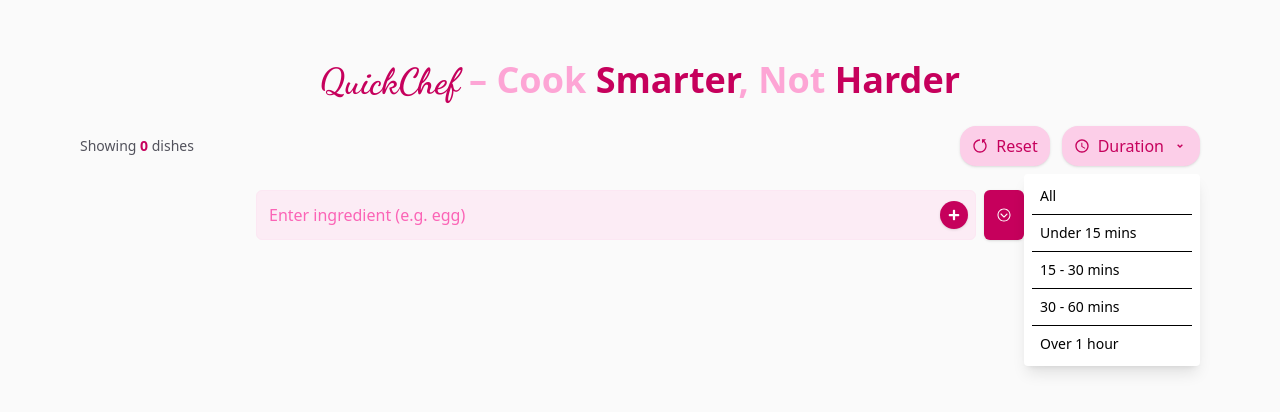
Repository: Priya-creates/QuickChef
Page: /, after clicking the first element matching `div.relative > button`
These files come from the project's save history. The page is drawn as it stood at one moment and after a run of saves; the edit follows.
The browser window is 1280 px wide. The pictures show the whole page.
Some web fonts or font styles are not loaded; a fallback is used. The project was rebuilt for these pictures with package versions that can differ from the ones it lists, and the page was loaded fresh each time. Also part of the build but not shown: vite.config.js, src/components/DishCard.jsx.

Above is the page before, as saved 2025-10-28 17:52:37.

### index.html
<!doctype html>
<html lang="en">
  <head>
    <meta charset="UTF-8" />
    <link rel="icon" type="image/svg+xml" href="/logo_1.png" />
    <meta name="viewport" content="width=device-width, initial-scale=1.0" />
    <title>QuickChef — Ingredient-Based Recipe Finder</title>
  </head>
  <body>
    <div id="root"></div>
    <script type="module" src="/src/main.jsx"></script>
  </body>
</html>

### src/index.css
@import url('https://fonts.googleapis.com/css2?family=Dancing+Script:wght@400..700&family=Great+Vibes&family=Inter:ital,opsz,wght@0,14..32,100..900;1,14..32,100..900&family=Josefin+Sans:ital,wght@0,100..700;1,100..700&family=Merriweather+Sans:ital,wght@0,300..800;1,300..800&family=Merriweather:ital,opsz,wght@0,18..144,300..900;1,18..144,300..900&family=Outfit:wght@100..900&family=Permanent+Marker&family=Playfair+Display:ital,wght@0,400..900;1,400..900&family=Poppins:ital,wght@0,100;0,200;0,300;0,400;0,500;0,600;0,700;0,800;0,900;1,100;1,200;1,300;1,400;1,500;1,600;1,700;1,800;1,900&family=Prata&family=Raleway:ital,wght@0,100..900;1,100..900&display=swap');
@import "tailwindcss";

.text-outline{

   font-family: "Dancing Script", cursive;
}

### src/App.jsx
import React from "react";
import axios from "axios";
import { IoIosArrowDropdown } from "react-icons/io";
import DishCard from "./components/DishCard";
import Title from "./components/Title";
import { FaPlus, FaExclamationTriangle } from "react-icons/fa";
import { duration } from "./assets/duration";
import { RiResetLeftFill } from "react-icons/ri";
import { MdAccessTime } from "react-icons/md";
import { RiArrowDropDownLine } from "react-icons/ri";

const App = () => {
  const [ingredient, setIngredient] = React.useState("");
  const [ingredientResults, setIngredientResults] = React.useState({});
  const [lockedNoMatch, setLockedNoMatch] = React.useState(false);
  const [dishes, setDishes] = React.useState([]);
  const [ingredientList, setIngredientList] = React.useState([]);
  const [showDropdown, setShowDropdown] = React.useState(false);
  const [showChooseTime, setShowChooseTime] = React.useState(false);
  const [dishesWithTime, setDishesWithTime] = React.useState([]);
  const [ingreListWithNoDishes, setIngreListWithNoDishes] = React.useState([]);
  const [message, setMessage] = React.useState("");
  const [loading, setLoading] = React.useState(false);

  const [time, setTime] = React.useState({
    under_15: false,
    under_30: false,
    under_60: false,
    over_60: false,
  });

  const [category, setCategory] = React.useState({
    under_15: [],
    under_30: [],
    under_60: [],
    over_60: [],
  });

  // Categorize meals by duration
  React.useEffect(() => {
    const newCategories = {
      under_15: [],
      under_30: [],
      under_60: [],
      over_60: [],
    };
    for (const id in duration) {
      const mins = duration[id];
      if (mins <= 15) newCategories.under_15.push(String(id));
      else if (mins <= 30) newCategories.under_30.push(String(id));
      else if (mins <= 60) newCategories.under_60.push(String(id));
      else newCategories.over_60.push(String(id));
    }
    setCategory(newCategories);
  }, []);

  // Fetch dishes by ingredient
  async function handleAdd(e) {
    e.preventDefault();
    setMessage("");

    const key = ingredient.trim().toLowerCase();
    if (!key) {
      setMessage("Enter an ingredient first");
      return;
    }

    // prevent duplicate API calls
    if (ingredientList.includes(key)) {
      setMessage(`"${key}" is already added`);
      return;
    }

    setIngredientList((prev) => [...prev, key]);

    const url = `https://www.themealdb.com/api/json/v1/1/filter.php?i=${encodeURIComponent(
      key
    )}`;
    setLoading(true);

    try {
      const res = await axios.get(url);
      const tempArr = res.data.meals || null;

      setIngredientResults((prev) => ({
        ...prev,
        [key]: tempArr,
      }));
      setIngredient("");
    } catch (err) {
      console.error(err);
      setMessage("Something went wrong while fetching. Try again.");
    } finally {
      setLoading(false);
    }
  }

  // Recompute dishes whenever ingredientResults changes
  React.useEffect(() => {
    const noDishKeys = Object.keys(ingredientResults).filter(
      (k) => !ingredientResults[k]?.length
    );
    setIngreListWithNoDishes(noDishKeys);
    setLockedNoMatch(noDishKeys.length > 0);

    const nonNullResults = Object.values(ingredientResults).filter(
      (arr) => Array.isArray(arr) && arr.length > 0
    );
    if (!nonNullResults.length) {
      setDishes([]);
      setDishesWithTime([]);
      return;
    }

    let base = [...nonNullResults[0]];
    nonNullResults.slice(1).forEach((current) => {
      base = base.filter((item) =>
        current.some((c) => String(c.idMeal) === String(item.idMeal))
      );
    });

    setDishes(base);

    const activeTime = Object.keys(time).find((k) => time[k]);
    if (activeTime) {
      const catList = category[activeTime] || [];
      setDishesWithTime(
        base.filter((item) => catList.includes(String(item.idMeal)))
      );
    } else {
      setDishesWithTime([]);
    }
  }, [ingredientResults]);

  function handleReset() {
    setDishes([]);
    setIngredientList([]);
    setIngredient("");
    setDishesWithTime([]);
    setTime({
      under_15: false,
      under_30: false,
      under_60: false,
      over_60: false,
    });
    setMessage("");
    setIngredientResults({});
    setIngreListWithNoDishes([]);
    setLockedNoMatch(false);
  }

  function handleAll() {
    setShowChooseTime(false);
    setDishesWithTime([]);
    setTime({
      under_15: false,
      under_30: false,
      under_60: false,
      over_60: false,
    });
  }

  function handleTimeSelected(e) {
    const selected = e.currentTarget.dataset.name;
    setTime({
      under_15: false,
      under_30: false,
      under_60: false,
      over_60: false,
      [selected]: true,
    });

    const catList = category[selected] || [];
    setDishesWithTime(
      dishes.filter((item) => catList.includes(String(item.idMeal)))
    );
    setShowChooseTime(false);
  }

  const getTimeForDish = (id) => duration[String(id)] ?? 30;

  return (
    <div className="min-h-screen bg-zinc-50">
      <div className="max-w-6xl mx-auto px-4 py-8">
        <div className="mb-6">
          <Title />
        </div>

        {/* Top info */}
        <div className="flex items-center justify-between gap-4 flex-col sm:flex-row">
          <div className="text-sm text-zinc-600">
            Showing{" "}
            <span className="font-semibold text-pink-700">
              {dishesWithTime.length > 0 ? dishesWithTime.length : dishes.length}
            </span>{" "}
            dishes
          </div>

          <div className="flex gap-3 items-center">
            <button
              onClick={handleReset}
              className="flex gap-2 items-center bg-pink-200 text-pink-700 px-3 py-2 rounded-2xl shadow hover:scale-102 transition-transform"
            >
              <RiResetLeftFill />
              Reset
            </button>

            <div className="relative">
              <button
                onClick={() => setShowChooseTime((s) => !s)}
                className="flex gap-2 items-center bg-pink-200 text-pink-700 px-3 py-2 rounded-2xl shadow hover:scale-102 transition-transform"
              >
                <MdAccessTime />
                Duration
                <RiArrowDropDownLine />
              </button>

              {showChooseTime && (
                <div className="mt-2 w-44 right-0 absolute bg-white rounded shadow-lg p-2 text-sm z-40 ">
                  <button
                    onClick={handleAll}
                    className="w-full text-left px-2 py-1 rounded hover:bg-pink-50"
                  >
                    All
                  </button>
                  <hr className="my-1" />
                  <button
                    data-name="under_15"
                    onClick={handleTimeSelected}
                    className="w-full text-left px-2 py-1 rounded hover:bg-pink-50"
                  >
                    Under 15 mins
                  </button>
                  <hr className="my-1" />
                  <button
                    data-name="under_30"
                    onClick={handleTimeSelected}
                    className="w-full text-left px-2 py-1 rounded hover:bg-pink-50"
                  >
                    15 - 30 mins
                  </button>
                  <hr className="my-1" />
                  <button
                    data-name="under_60"
                    onClick={handleTimeSelected}
                    className="w-full text-left px-2 py-1 rounded hover:bg-pink-50"
                  >
                    30 - 60 mins
                  </button>
                  <hr className="my-1" />
                  <button
                    data-name="over_60"
                    onClick={handleTimeSelected}
                    className="w-full text-left px-2 py-1 rounded hover:bg-pink-50"
                  >
                    Over 1 hour
                  </button>
                </div>
              )}
            </div>
          </div>
        </div>

        {/* Search area */}
        <div className="mt-6">
          <form
            className="flex flex-row sm:flex-row items-stretch gap-2 max-w-3xl mx-auto"
            onSubmit={handleAdd}
          >
            <div className="relative flex-1">
              <input
                className="w-full p-3 rounded-l-md rounded-r-md bg-pink-100/75 border border-pink-100 outline-none text-pink-800 placeholder-pink-400"
                type="text"
                name="ingredient"
                placeholder="Enter ingredient (e.g. egg)"
                value={ingredient}
                onChange={(e) => {
                  setIngredient(e.target.value);
                  setMessage("");
                }}
              />
              <button
                type="submit"
                aria-label="Add ingredient"
                className="absolute right-2 top-1/2 -translate-y-1/2 bg-pink-700 text-white p-2 rounded-full shadow hover:scale-105 transition-transform"
              >
                <FaPlus size={12} />
              </button>
            </div>

            <div className="flex gap-2">
              <button
                type="button"
                onClick={() => setShowDropdown((s) => !s)}
                className="px-3 py-2 bg-pink-700 text-white rounded-md shadow"
              >
                <IoIosArrowDropdown />
              </button>
            </div>
          </form>

          <div className="max-w-3xl mx-auto mt-2">
            {loading && (
              <div className="text-sm text-pink-700 font-medium">Loading...</div>
            )}
            {message && !loading && (
              <div className="text-sm text-red-600 mt-1">{message}</div>
            )}
          </div>

          {/* Ingredient list */}
          {ingredientList.length > 0 && (
            <div className="max-w-3xl mx-auto mt-3 flex flex-wrap gap-2">
              {ingredientList.map((it) => (
                <div
                  key={it}
                  className={`flex items-center gap-1 px-3 py-1 rounded-full text-sm shadow-sm ${
                    ingreListWithNoDishes.includes(it)
                      ? "bg-yellow-300 text-yellow-900"
                      : "bg-pink-100 text-pink-700"
                  }`}
                  title={
                    ingreListWithNoDishes.includes(it)
                      ? "No dishes found for this ingredient"
                      : ""
                  }
                >
                  {it}
                  {ingreListWithNoDishes.includes(it) && (
                    <FaExclamationTriangle size={12} />
                  )}
                </div>
              ))}
            </div>
          )}

          {/* Warning message */}
          {lockedNoMatch && ingreListWithNoDishes.length > 0 && (
            <div className="text-yellow-900 mt-2 text-sm flex items-center gap-1">
              <FaExclamationTriangle />
              No dishes found for:{" "}
              <span className="font-semibold">
                {ingreListWithNoDishes.at(-1)}
              </span>
            </div>
          )}

          {/* Dropdown */}
          {showDropdown && ingredientList.length > 0 && (
            <div className="max-w-3xl mx-auto mt-3 bg-white border rounded shadow p-1">
              {ingredientList.map((item) => (
                <div
                  key={item}
                  className="px-2 py-1 text-pink-700 border-b last:border-b-0"
                >
                  {item}
                </div>
              ))}
            </div>
          )}
        </div>

        {/* No dishes matched */}
        {!loading && dishes.length === 0 && ingredientList.length > 0 && (
          <div className="text-center text-gray-500 mt-8">
            No dishes matched your ingredient filters.
          </div>
        )}

        {/* Dish grid */}
        <div className="mt-8">
          <div className="grid grid-cols-1 sm:grid-cols-2 md:grid-cols-3 lg:grid-cols-4 gap-6 sm:gap-6 md:gap-8 place-items-center">
            {(Object.values(time).some((t) => t) ? dishesWithTime : dishes).map(
              (item) => (
                <div key={item.idMeal} className="w-full flex justify-center">
                  <DishCard
                    img={item.strMealThumb}
                    name={item.strMeal}
                    time={getTimeForDish(item.idMeal)}
                  />
                </div>
              )
            )}
          </div>
        </div>

        {Object.values(time).some((t) => t) && dishesWithTime.length === 0 && (
          <div className="text-center text-gray-500 mt-8">
            No dishes found for selected time filter.
          </div>
        )}
      </div>
    </div>
  );
};

export default App;

### src/components/Title.jsx
import React from "react";

const Title = () => {
  return (
    <div className="text-center text-4xl mt-7 font-bold text-pink-300 ">
      <span className="text-outline font-bold text-pink-700">QuickChef</span> – Cook <span className="text-pink-700">Smarter</span>, Not <span className="text-pink-700">Harder</span>
    </div>
  );
};

export default Title;

### src/assets/duration.js
export const duration = {
  "52885": 25,
  "53049": 20,
  "52893": 60,
  "52768": 60,
  "52807": 40,
  "52959": 35,
  "52767": 60,
  "52855": 15,
  "52848": 60,
  "52997": 40,
  "53078": 50,
  "53069": 35,
  "53080": 25,
  "52914": 70,
  "52792": 50,
  "53076": 10,
  "52965": 25,
  "52913": 25,
  "52842": 40,
  "52961": 50,
  "53060": 80,
  "52939": 60,
  "52923": 45,
  "52976": 40,
  "52956": 90,
  "52850": 45,
  "52831": 35,
  "52920": 50,
  "52910": 60,
  "53063": 40,
  "52853": 20,
  "52966": 25,
  "52776": 60,
  "52860": 45,
  "52788": 45,
  "52989": 30,
  "53037": 90,
  "52998": 90,
  "53072": 30,
  "52999": 30,
  "53058": 60,
  "52907": 240,
  "52955": 15,
  "53073": 45,
  "52895": 30,
  "52791": 20,
  "52919": 60,
  "53030": 120,
  "53064": 20,
  "52835": 20,
  "53079": 50,
  "52815": 45,
  "52915": 10,
  "52903": 50,
  "53061": 20,
  "52957": 40,
  "53025": 60,
  "52896": 35,
  "52764": 30,
  "53012": 80,
  "53021": 90,
  "53074": 35,
  "53041": 20,
  "53035": 90,
  "52967": 45,
  "52993": 40,
  "52773": 25,
  "53007": 240,
  "52787": 30,
  "52890": 40,
  "53033": 30,
  "53034": 35,
  "52971": 45,
  "52769": 40,
  "52974": 60,
  "52859": 90,
  "53027": 60,
  "52978": 60,
  "52821": 40,
  "53009": 50,
  "52877": 90,
  "52884": 120,
  "52987": 45,
  "52973": 60,
  "52900": 60,
  "52968": 120,
  "52777": 25,
  "53086": 30,
  "52991": 60,
  "52876": 90,
  "53047": 45,
  "53006": 90,
  "53029": 60,
  "53059": 45,
  "53038": 40,
  "52851": 60,
  "52854": 15,
  "52902": 60,
  "52930": 60,
  "52861": 180,
  "52958": 30,
  "52916": 90,
  "52837": 35,
  "53022": 30,
  "53044": 50,
  "52780": 75,
  "53081": 20,
  "52804": 45,
  "52933": 90,
  "52908": 60,
  "52901": 40,
  "52786": 30,
  "53024": 90,
  "53052": 25,
  "52960": 20,
  "52962": 30,
  "53054": 90,
  "52963": 25,
  "52994": 45,
  "53023": 60,
  "52982": 20,
  "52872": 45,
  "52771": 25,
  "52925": 75,
  "52886": 75,
  "53040": 60,
  "52866": 35,
  "52980": 40,
  "52817": 35,
  "53082": 20,
  "52931": 60,
  "52911": 25,
  "52889": 30,
  "53065": 90,
  "52949": 45,
  "52869": 40,
  "53026": 30,
  "52909": 90,
  "52772": 60,
  "52929": 40,
  "52822": 60,
  "53032": 50,
  "53075": 30,
  "52892": 60,
  "52852": 25,
  "52970": 60,
  "52794": 60,
  "52867": 60,
  "52917": 90,
  "52871": 30
};

Loaded but not shown: src/main.jsx (common file)

After the next 2 saves:
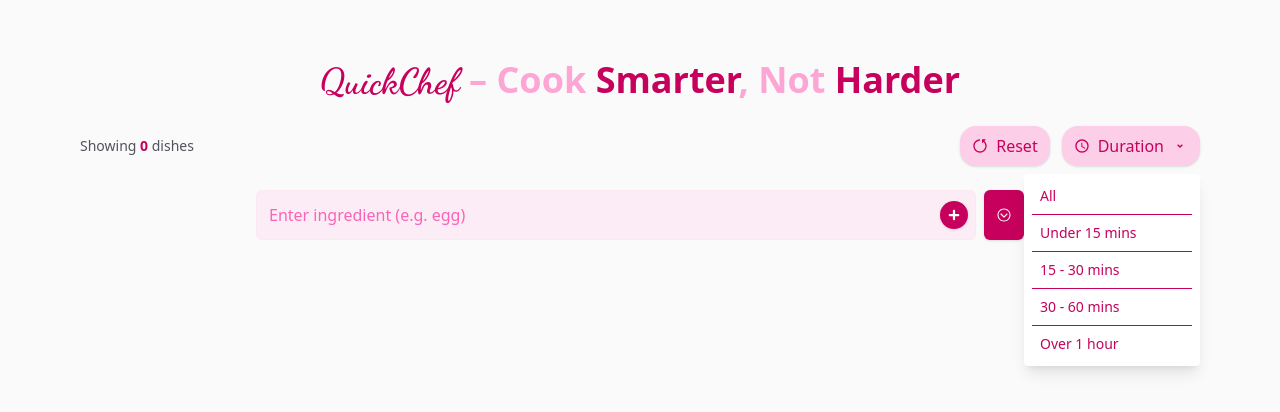
The 2 saves are shown as one change because they came seconds apart.
The last was saved 21 s later.
--- a/src/App.jsx
+++ b/src/App.jsx
@@ -216,7 +216,7 @@
               </button>
 
               {showChooseTime && (
-                <div className="mt-2 w-44 right-0 absolute bg-white rounded shadow-lg p-2 text-sm z-40 ">
+                <div className="mt-2 w-44 right-0 absolute bg-white rounded shadow-lg p-2 text-sm z-40 text-pink-700">
                   <button
                     onClick={handleAll}
                     className="w-full text-left px-2 py-1 rounded hover:bg-pink-50"
